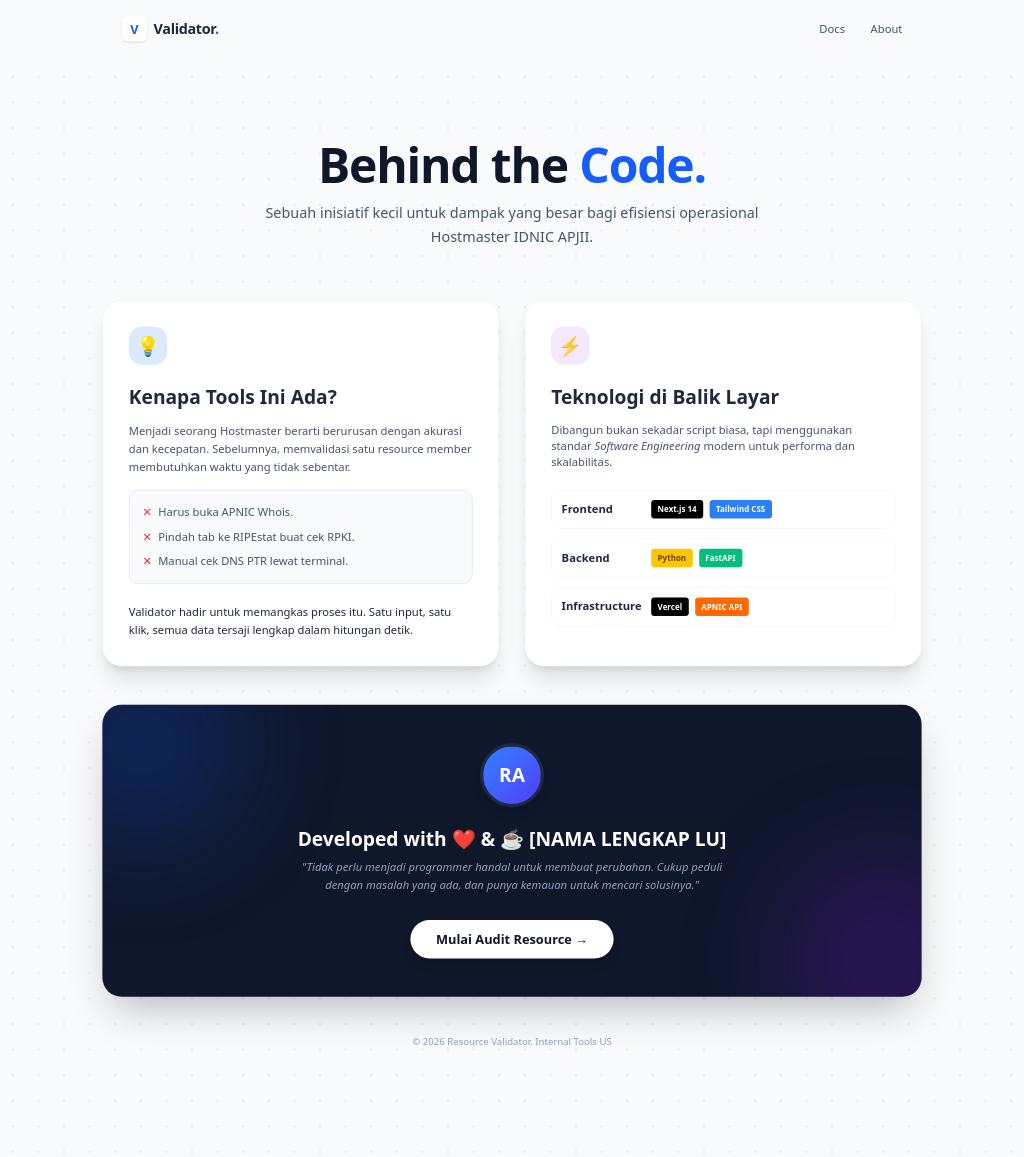
Repository: KilluaProject/resource_validator
Page: /about
The author's editor kept a copy of each file at every save. The page is drawn from the files as they stood at one save, then again after the next save.
The browser window is 1280 px wide. The pictures show the whole page, at 80% of full size.
The project was rebuilt for these pictures with package versions that can differ from the ones it lists, and the page was loaded fresh each time. The framework's server and built-in components were replaced by stand-ins that run in the browser. Also part of the build but not shown: next.config.ts.

Above is the page before, as saved 2026-01-08 17:11:04.

### app/layout.tsx
import type { Metadata } from "next";
import { Geist, Geist_Mono } from "next/font/google";
import "./globals.css";
import Navbar from "@/components/Navber";

const geistSans = Geist({
  variable: "--font-geist-sans",
  subsets: ["latin"],
});

const geistMono = Geist_Mono({
  variable: "--font-geist-mono",
  subsets: ["latin"],
});

export const metadata: Metadata = {
  title: "Resource Validator",
  description: "Whois, RPKI, & Reverse DNS dalam satu klik",
};

export default function RootLayout({
  children,
}: Readonly<{
  children: React.ReactNode;
}>) {
  return (
    <html lang="en">
      <body
        className={`${geistSans.variable} ${geistMono.variable} antialiased`}
      >
        <Navbar/>
        <div className="pt-20">
          {children}
        </div>

      </body>
    </html>
  );
}

### app/about/page.tsx
import Link from "next/link";

export default function AboutPage() {
  return (
    <main className="min-h-screen bg-slate-50 py-24 px-6 relative overflow-hidden">

      {/* Background Grid Pattern */}
      <div className="absolute inset-0 z-0 opacity-[0.4] pointer-events-none"
           style={{ backgroundImage: 'radial-gradient(#cbd5e1 1px, transparent 1px)', backgroundSize: '32px 32px' }}>
      </div>

      <div className="max-w-5xl mx-auto relative z-10">

        {/* === HEADER SECTION === */}
        <div className="text-center mb-16 space-y-4 animate-in slide-in-from-bottom-5 fade-in duration-700">
          <h1 className="text-4xl md:text-6xl font-extrabold text-slate-900 tracking-tight">
            Behind the <span className="text-blue-600">Code.</span>
          </h1>
          <p className="text-lg text-slate-600 max-w-2xl mx-auto leading-relaxed">
            Sebuah inisiatif kecil untuk dampak yang besar bagi efisiensi operasional Hostmaster IDNIC APJII.
          </p>
        </div>

        {/* === CONTENT GRID === */}
        <div className="grid grid-cols-1 md:grid-cols-2 gap-8 mb-12">

          {/* CARD 1: THE STORY (Why this tool exists?) */}
          <section className="bg-white p-8 rounded-3xl shadow-xl border border-slate-100 hover:border-blue-200 transition-all duration-300 group">
            <div className="w-12 h-12 bg-blue-100 text-blue-600 rounded-2xl flex items-center justify-center text-2xl mb-6 group-hover:scale-110 transition-transform">
              💡
            </div>
            <h2 className="text-2xl font-bold text-slate-800 mb-4">Kenapa Tools Ini Ada?</h2>
            <div className="space-y-4 text-slate-600 leading-relaxed text-sm">
              <p>
                Menjadi seorang Hostmaster berarti berurusan dengan akurasi dan kecepatan. Sebelumnya, memvalidasi satu resource member membutuhkan waktu yang tidak sebentar.
              </p>
              <ul className="space-y-2 bg-slate-50 p-4 rounded-xl border border-slate-200">
                <li className="flex items-center gap-2">
                  <span className="text-red-500">✕</span> Harus buka APNIC Whois.
                </li>
                <li className="flex items-center gap-2">
                  <span className="text-red-500">✕</span> Pindah tab ke RIPEstat buat cek RPKI.
                </li>
                <li className="flex items-center gap-2">
                  <span className="text-red-500">✕</span> Manual cek DNS PTR lewat terminal.
                </li>
              </ul>
              <p className="font-medium text-slate-800 pt-2">
                Validator hadir untuk memangkas proses itu. Satu input, satu klik, semua data tersaji lengkap dalam hitungan detik.
              </p>
            </div>
          </section>

          {/* CARD 2: THE TECH STACK (Modern Engineering) */}
          <section className="bg-white p-8 rounded-3xl shadow-xl border border-slate-100 hover:border-purple-200 transition-all duration-300 group">
            <div className="w-12 h-12 bg-purple-100 text-purple-600 rounded-2xl flex items-center justify-center text-2xl mb-6 group-hover:scale-110 transition-transform">
              ⚡
            </div>
            <h2 className="text-2xl font-bold text-slate-800 mb-4">Teknologi di Balik Layar</h2>
            <p className="text-slate-600 text-sm mb-6">
              Dibangun bukan sekadar script biasa, tapi menggunakan standar <i>Software Engineering</i> modern untuk performa dan skalabilitas.
            </p>

            <div className="grid grid-cols-1 gap-3">
              {/* Stack Item */}
              <div className="flex items-center gap-4 p-3 rounded-xl border border-slate-100 hover:bg-slate-50 transition-colors">
                 <div className="font-bold text-slate-800 text-sm w-24">Frontend</div>
                 <div className="flex gap-2">
                    <span className="px-2 py-1 bg-black text-white text-[10px] font-bold rounded">Next.js 14</span>
                    <span className="px-2 py-1 bg-blue-500 text-white text-[10px] font-bold rounded">Tailwind CSS</span>
                 </div>
              </div>
              <div className="flex items-center gap-4 p-3 rounded-xl border border-slate-100 hover:bg-slate-50 transition-colors">
                 <div className="font-bold text-slate-800 text-sm w-24">Backend</div>
                 <div className="flex gap-2">
                    <span className="px-2 py-1 bg-yellow-400 text-yellow-900 text-[10px] font-bold rounded">Python</span>
                    <span className="px-2 py-1 bg-emerald-500 text-white text-[10px] font-bold rounded">FastAPI</span>
                 </div>
              </div>
              <div className="flex items-center gap-4 p-3 rounded-xl border border-slate-100 hover:bg-slate-50 transition-colors">
                 <div className="font-bold text-slate-800 text-sm w-24">Infrastructure</div>
                 <div className="flex gap-2">
                    <span className="px-2 py-1 bg-black text-white text-[10px] font-bold rounded">Vercel</span>
                    <span className="px-2 py-1 bg-orange-500 text-white text-[10px] font-bold rounded">APNIC API</span>
                 </div>
              </div>
            </div>
          </section>

        </div>

        {/* === CREATOR SECTION (Developer Signature) === */}
        <section className="relative overflow-hidden bg-slate-900 rounded-3xl p-8 md:p-12 text-center shadow-2xl animate-in zoom-in-95 duration-700 delay-200">

           {/* Decorative Blobs */}
           <div className="absolute top-0 left-0 w-64 h-64 bg-blue-600/20 rounded-full blur-3xl -ml-20 -mt-20"></div>
           <div className="absolute bottom-0 right-0 w-64 h-64 bg-purple-600/20 rounded-full blur-3xl -mr-20 -mb-20"></div>

           <div className="relative z-10 flex flex-col items-center">
              <div className="w-20 h-20 bg-gradient-to-br from-blue-500 to-indigo-600 rounded-full flex items-center justify-center text-2xl font-bold text-white shadow-lg mb-6 border-4 border-slate-800">
                RA
              </div>

              <h3 className="text-2xl font-bold text-white mb-2">
                Developed with ❤️ & ☕️ [NAMA LENGKAP LU]
              </h3>

              <blockquote className="max-w-xl mx-auto text-slate-400 text-sm italic leading-relaxed mb-8">
                &quot;Tidak perlu menjadi programmer handal untuk membuat perubahan. Cukup peduli dengan masalah yang ada, dan punya kemauan untuk mencari solusinya.&quot;
              </blockquote>

              <Link href="/" className="px-8 py-3 bg-white text-slate-900 font-bold rounded-full hover:bg-blue-50 transition-colors shadow-lg hover:shadow-xl hover:-translate-y-0.5">
                Mulai Audit Resource &rarr;
              </Link>
           </div>
        </section>

        <div className="mt-12 text-center pb-10">
           <p className="text-xs text-slate-400">
             &copy; 2026 Resource Validator. Internal Tools US
           </p>
        </div>

      </div>
    </main>
  );
}

### app/globals.css
@import "tailwindcss";

:root {
  --foreground-rgb: 15, 23, 42; /* Slate-900 */
  --background-start-rgb: 248, 250, 252; /* Slate-50 */
  --background-end-rgb: 248, 250, 252; /* Slate-50 */
}

body {
  color: rgb(var(--foreground-rgb));
  background: rgb(var(--background-start-rgb));
}

### components/Navber.tsx
"use client";

import { useState, useEffect } from "react";
import Link from "next/link";

export default function Navbar() {
  const [scrolled, setScrolled] = useState(false);
  const [isOpen, setIsOpen] = useState(false); // State buat Mobile Menu

  // Deteksi Scroll
  useEffect(() => {
    const handleScroll = () => {
      setScrolled(window.scrollY > 10);
    };
    window.addEventListener("scroll", handleScroll);
    return () => window.removeEventListener("scroll", handleScroll);
  }, []);

  return (
    <nav
      className={`fixed top-0 w-full z-50 transition-all duration-300 ease-in-out ${
        scrolled || isOpen // Kalau discroll ATAU menu dibuka, background jadi putih
          ? "bg-white/80 backdrop-blur-md border-b border-slate-200 shadow-sm py-3"
          : "bg-transparent border-b border-transparent py-5"
      }`}
    >
      <div className="max-w-5xl mx-auto px-6 flex items-center justify-between">

        {/* LOGO */}
        <Link href="/" className="flex items-center gap-2 group z-50">
          <div className={`w-8 h-8 rounded-lg flex items-center justify-center font-bold shadow-md transition-all ${
             scrolled || isOpen
              ? "bg-gradient-to-br from-blue-600 to-indigo-600 text-white"
              : "bg-white text-blue-600 shadow-sm"
          }`}>
            V
          </div>
          <span className={`font-bold tracking-tight text-lg transition-colors ${
            scrolled || isOpen ? "text-slate-800" : "text-slate-800"
          }`}>
            Validator<span className="text-blue-600">.</span>
          </span>
        </Link>

        {/* === DESKTOP MENU (Hidden di Mobile) === */}
        <div className="hidden md:flex gap-8">
          <Link href="/docs" className="text-sm font-medium text-slate-600 hover:text-blue-600 transition-colors">
            Docs
          </Link>
          <Link href="/about" className="text-sm font-medium text-slate-600 hover:text-blue-600 transition-colors">
            About
          </Link>
        </div>

        {/* === MOBILE HAMBURGER BUTTON (Visible di Mobile) === */}
        <button
          className="md:hidden p-2 text-slate-600 hover:bg-slate-100 rounded-lg transition-colors focus:outline-none"
          onClick={() => setIsOpen(!isOpen)}
        >
          {isOpen ? (
            // Icon X (Close)
            <svg xmlns="http://www.w3.org/2000/svg" className="h-6 w-6" fill="none" viewBox="0 0 24 24" stroke="currentColor">
              <path strokeLinecap="round" strokeLinejoin="round" strokeWidth={2} d="M6 18L18 6M6 6l12 12" />
            </svg>
          ) : (
            // Icon Hamburger (Menu)
            <svg xmlns="http://www.w3.org/2000/svg" className="h-6 w-6" fill="none" viewBox="0 0 24 24" stroke="currentColor">
              <path strokeLinecap="round" strokeLinejoin="round" strokeWidth={2} d="M4 6h16M4 12h16M4 18h16" />
            </svg>
          )}
        </button>

      </div>

      {/* === MOBILE MENU DROPDOWN === */}
      {/* Muncul cuma kalau isOpen = true */}
      {isOpen && (
        <div className="md:hidden absolute top-full left-0 w-full bg-white border-b border-slate-200 shadow-lg px-6 py-6 flex flex-col gap-4 animate-in slide-in-from-top-5 duration-200">

          <Link
            href="/docs"
            className="text-base font-semibold text-slate-700 hover:text-blue-600 py-2 border-b border-slate-50"
            onClick={() => setIsOpen(false)}
          >
            📚 Dokumentasi
          </Link>
          <Link
            href="/about"
            className="text-base font-semibold text-slate-700 hover:text-blue-600 py-2"
            onClick={() => setIsOpen(false)}
          >
            👤 About Project
          </Link>
        </div>
      )}

    </nav>
  );
}

After the next save:
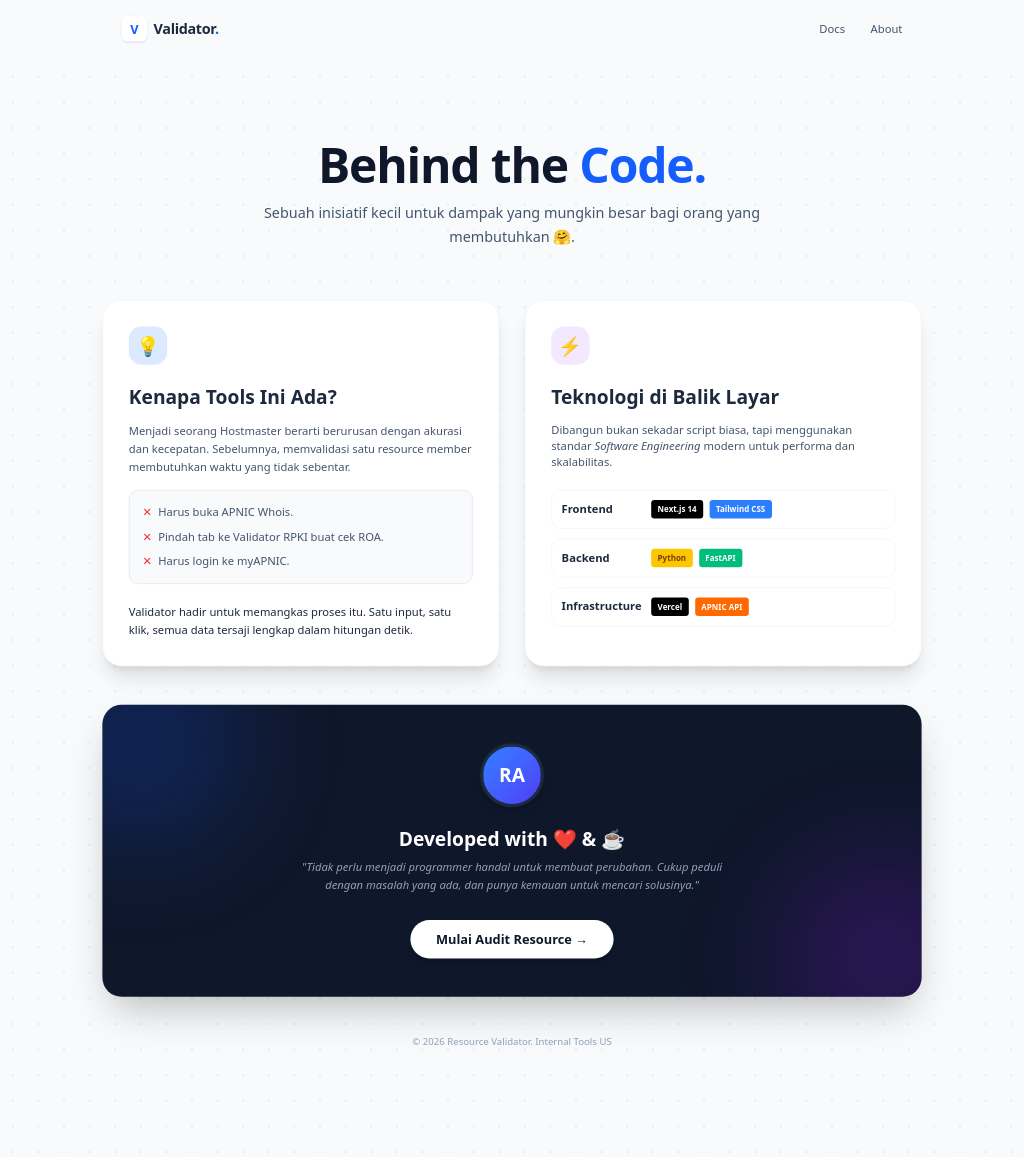
Saved 4 min 5 s later.
--- a/app/about/page.tsx
+++ b/app/about/page.tsx
@@ -17,7 +17,7 @@
             Behind the <span className="text-blue-600">Code.</span>
           </h1>
           <p className="text-lg text-slate-600 max-w-2xl mx-auto leading-relaxed">
-            Sebuah inisiatif kecil untuk dampak yang besar bagi efisiensi operasional Hostmaster IDNIC APJII.
+            Sebuah inisiatif kecil untuk dampak yang mungkin besar bagi orang yang membutuhkan 🤗.
           </p>
         </div>
 
@@ -39,10 +39,10 @@
                   <span className="text-red-500">✕</span> Harus buka APNIC Whois.
                 </li>
                 <li className="flex items-center gap-2">
-                  <span className="text-red-500">✕</span> Pindah tab ke RIPEstat buat cek RPKI.
+                  <span className="text-red-500">✕</span> Pindah tab ke Validator RPKI buat cek ROA.
                 </li>
                 <li className="flex items-center gap-2">
-                  <span className="text-red-500">✕</span> Manual cek DNS PTR lewat terminal.
+                  <span className="text-red-500">✕</span> Harus login ke myAPNIC.
                 </li>
               </ul>
               <p className="font-medium text-slate-800 pt-2">
@@ -102,7 +102,7 @@
               </div>
 
               <h3 className="text-2xl font-bold text-white mb-2">
-                Developed with ❤️ & ☕️ [NAMA LENGKAP LU]
+                Developed with ❤️ & ☕️
               </h3>
 
               <blockquote className="max-w-xl mx-auto text-slate-400 text-sm italic leading-relaxed mb-8">
